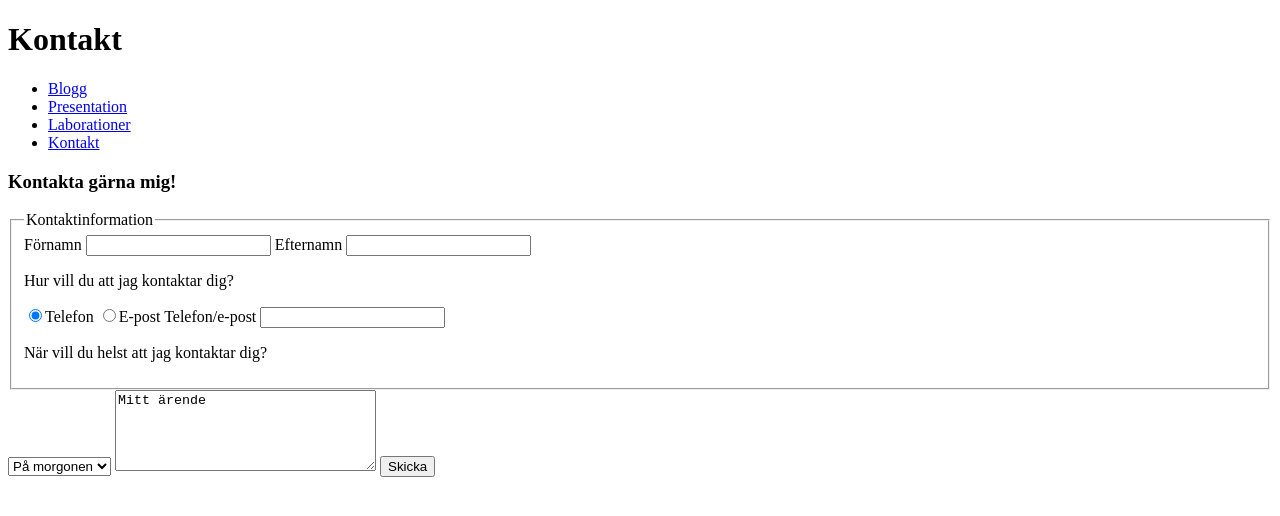
Repository: js223kz/1ik415-laborationer
Page: Pages/contact.html
The author's editor kept a record of every edit. The page is drawn from the files as they stood at one moment, then again after the next edit.
The browser window is 1280 px wide. The pictures show the whole page.

Above is the page before.

### Pages/contact.html
<!doctype html>
<html lang="sv">
    <head>
      <meta charset="utf-8" />
      <title>Kontakt</title>
    </head>

    <body>
        <header>
            <h1>Kontakt</h1>

        </header>

        <nav>
            <ul>
                <li><a href="../index.html">Blogg</a></li>
                <li><a href="presentation.html">Presentation</a></li>
                <li><a href="laborations.html">Laborationer</a></li>
                <li><a href="contact.html">Kontakt</a></li>
            </ul>

        <div id="content">
            <div id="contact">
                <h3>Kontakta gärna mig!</h3>

                <form method= "POST" action="http://voyager.lnu.se/tekinet/kurser/dtt/wp_webbintro/form.php">

                <fieldset>
                    <legend>Kontaktinformation</legend>

                    <label for="firstname">Förnamn</label>
                    <input type="text" id="firstname" name="firstname"/>

                    <label for="lastname">Efternamn</label>
                    <input type="text" id="lastname" name="lastname"/>

                    <p>Hur vill du att jag kontaktar dig?</p>
                    <input type="radio" value="telefon" name="contactoption" checked/>Telefon
                    <input type="radio" value="telefon" name="contactoption"/>E-post

                    <label for="contactinfo">Telefon/e-post</label>
                    <input type="text" id="contactinfo" name="contactinfo"/>

                    <p>När vill du helst att jag kontaktar dig?</p>
                </fieldset>




                    <select name="when" id="when">
                        <option checked>På morgonen</option>
                        <option>Efter lunch</option>
                        <option>På kvällen</option>
                    </select>

                    <textarea cols="30" rows="5" value="whatiwant">Mitt ärende</textarea>

                    <button type="submit">Skicka</button>
                </form>
            </div>
        </div>

    </body>
</html>

After the next edit:
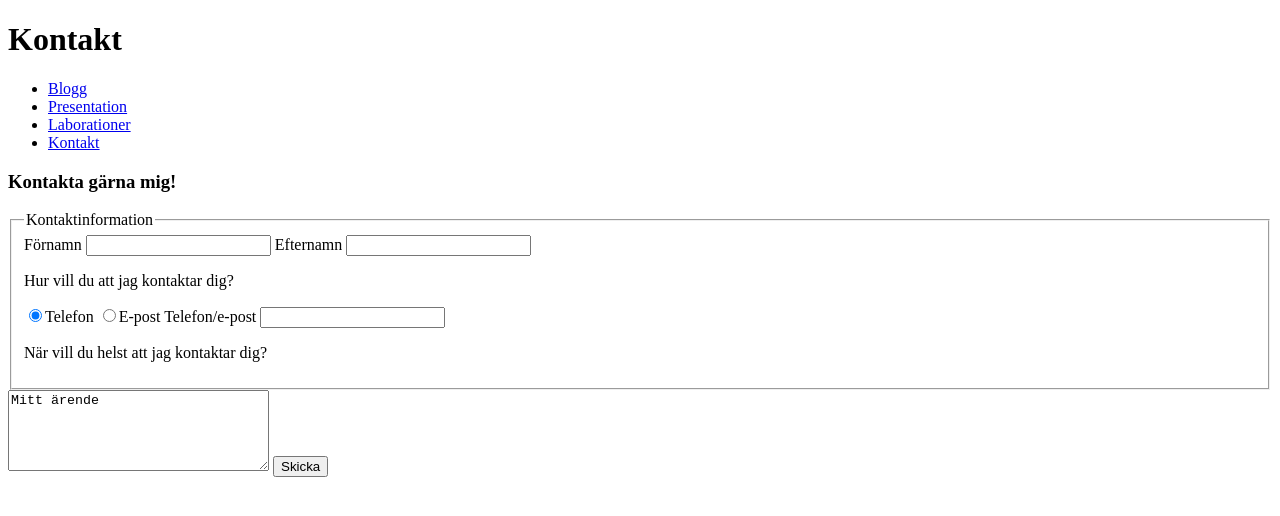
The edit:
--- a/Pages/contact.html
+++ b/Pages/contact.html
@@ -47,11 +47,7 @@
 
 
 
-                    <select name="when" id="when">
-                        <option checked>På morgonen</option>
-                        <option>Efter lunch</option>
-                        <option>På kvällen</option>
-                    </select>
+
 
                     <textarea cols="30" rows="5" value="whatiwant">Mitt ärende</textarea>
 
